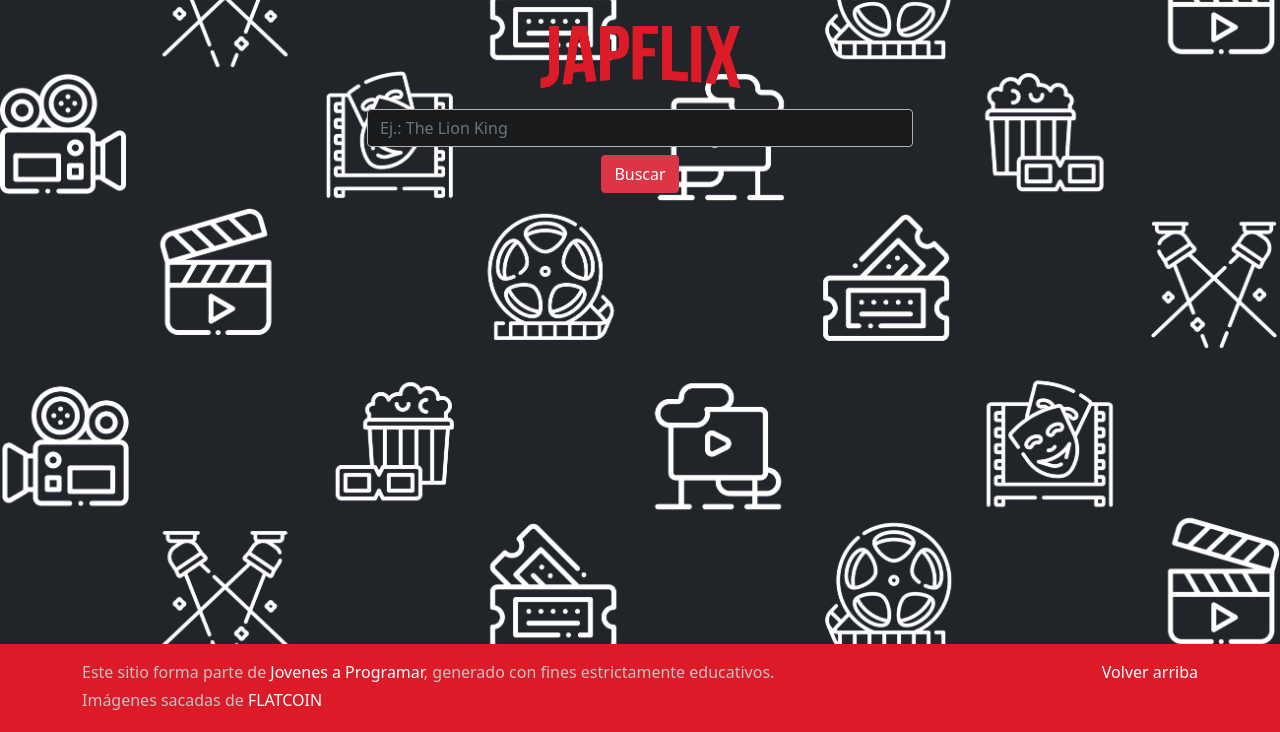
Repository: romancegirl/japflix
Page: index.html
An editor plug-in stored every save of this project. The page is shown before and after the next save, followed by the edit.
The browser window is 1280 px wide. The pictures show the whole page.
The page's requests for data from a server got no answer.

Above is the page before, as saved 2024-11-18 18:51:07.

### index.html
<!doctype html>
<html lang="es">

<head>
  <meta charset="utf-8">
  <meta name="viewport" content="width=device-width, initial-scale=1">
  <title>Japflix</title>

  <link href="css/bootstrap.min.css" rel="stylesheet">
  <link rel="stylesheet" href="https://cdnjs.cloudflare.com/ajax/libs/font-awesome/4.7.0/css/font-awesome.min.css">
  <link rel="stylesheet" href="css/style.css">

</head>

<body class="bg-dark d-flex flex-column min-vh-100">

  <main class="flex-grow-1">
    <div class="text-center container">
      <div class="row py-lg-3">
        <div class="col-lg-6 col-md-8 mx-auto">
          <h1 class="fw-light"><img src="img/japflix.png" alt="japflix"></h1>
          <input type="search" class="form-control" name="buscar" id="inputBuscar" placeholder="Ej.: The Lion King">
          <button class="btn btn-danger m-2" id="btnBuscar">Buscar</button>
        </div>
      </div>
    </div>
    <div class="album">
      <ul class="list-group container" id="lista">
      </ul>
    </div>
  </main>

  <footer class="text-muted py-3">
    <div class="container">
      <p class="float-end mb-1">
        <a href="#">Volver arriba</a>
      </p>
      <p class="mb-1">Este sitio forma parte de <a href="https://jovenesaprogramar.edu.uy/" target="_blank">
        Jovenes a Programar</a>, generado con fines estrictamente educativos.</p>
        <p class="mb-1">Imágenes sacadas de <a href="https://www.flaticon.com/free-icon/" target="_blank">FLATCOIN</a></p>
    </div>
  </footer>

  <div class="offcanvas offcanvas-top text-bg-dark" id="movieDetails" tabindex="-1" aria-labelledby="movieDetailsLabel">
    <div class="offcanvas-header bg-dark text-bg-dark">
      <h4 id="movieTitle"></h4>
      <button type="button" class="btn-close btn-close-white" data-bs-dismiss="offcanvas" aria-label="Close"></button>
    </div>
    <div class="offcanvas-body bg-dark text-bg-dark">
      <p id="movieOverview"></p>
      <p><strong>Géneros:</strong> <span id="movieGenres"></span></p>
      <button class="btn btn-danger dropdown-toggle" data-bs-toggle="dropdown" aria-expanded="false" id="btnInfo">Más información</button>
      <ul class="dropdown-menu bg-dark text-bg-dark">
        <li><strong>Año de lanzamiento:</strong> <span id="movieYear"></span></li>
        <hr>
        <li><strong>Duración:</strong> <span id="movieDuration"></span> min</li>
        <hr>
        <li><strong>Presupuesto:</strong> $<span id="movieBudget"></span></li>
        <hr>
        <li><strong>Ganancias:</strong> $<span id="movieRevenue"></span></li>
      </ul>
    </div>
  </div>

  <script src="js/bootstrap.bundle.min.js"></script>
  <script src="js/script.js"></script>
</body>


</html>

### css/style.css
body {
    background-color: #1C1E1F;
    color: #B2B1B0;
    background-image: url('../img/background.png');
    background-size: contain;
    background-position: center;
}

input[type="search"] {
    background-color: #181A1B;
    border: 1px solid #B2B1B0;
    color: #B2B1B0;
}

input[type="search"]:focus {
    box-shadow: 0 0 10px #96242F;
    background-color: #181A1B;
    border: 1px solid #96242F;
    color: #B2B1B0;
}

.image-wrapper {
    background-color: #1c1e1f9f;
    display: inline-block;
}

.image-wrapper img {
    display: block;
}


.offcanvas-body {
    background-color: #1C1E1F;
    color: #B2B1B0;
}

.img-card-fit {
    object-fit: cover;
    width: 100%;
    height: auto;
}

.img-cont {
    height: 200px;
    overflow: hidden;
    background-color: beige;
}

.card-content {
    height: 150px;
    overflow: auto;
}

main {
    min-height: calc(100vh - 100px);
}

.checked {
    color: orange;
}

.offcanvas-top {
    height: fit-content;
}

.list-group-item .d-flex {
    gap: 10px;
}

@media (max-width: 768px) {
    .list-group-item .d-flex {
        flex-direction: column;
        align-items: flex-start;
    }

    .list-group-item .d-flex p,
    .list-group-item .d-flex div {
        align-self: flex-start;
        width: 100%;
        margin: 0;
    }

    .list-group-item .d-flex div {
        margin-top: 8px;
    }
}

#movieGenres {
    font-style: italic;
}

.dropdown-menu {
    padding: 1rem 2rem;
    color: #B2B1B0;

}

footer {
    background-color: #DC1A28;
    bottom: 0;
    width: 100%;
    margin-top: 1.5rem;
}

footer p {
    color: #c3c2c2
}

footer a {
    color: #ffffff;
    text-decoration: none;
}

footer a:hover {
    color: #9b9a9b;
    transform: scale(1.05);
    transition: color 0.3s, text-shadow 0.3s;
}


.no-results-message {
    border: 5px dashed red;
    padding: 20px;
    margin: 2rem auto;
    width: fit-content;
    display: flex;
    justify-content: center;
    align-items: center;
}

.double {
    border: 10px double #d71a2d;
}

#movieTitle {
    border: 10px double #d71a2d;
    padding: 10px;
    margin-bottom: 0;
}


#lista>.list-group-item.double:hover {
    background-color: #393939 !important;
    /* Un color más claro */
    transition: background-color 0.5s ease, box-shadow 0.5s ease;
    box-shadow: 0 4px 8px rgba(0, 0, 0, 0.3);
    /* Sombra */
    cursor: pointer;
}

### js/script.js
document.addEventListener("DOMContentLoaded", () => {
    fetchMovies();
});

let moviesData = [];

async function fetchMovies() {
    try {
        const response = await fetch("https://japceibal.github.io/japflix_api/movies-data.json");
        moviesData = await response.json();
    } catch (error) {
        console.error("Error al obtener datos de la API:", error);
    }
}


document.getElementById("btnBuscar").addEventListener("click", () => searchMovies());

document.getElementById("inputBuscar").addEventListener("keydown", (event) => {
    if (event.key === "Enter") {
        event.preventDefault();
        searchMovies();
    }
});


function searchMovies() {
    const searchTerm = document.getElementById("inputBuscar").value.toLowerCase();
    if (searchTerm) {
        const results = moviesData.filter(movie =>
            movie.title.toLowerCase().includes(searchTerm) ||
            movie.genres.some(genre => genre.name.toLowerCase().includes(searchTerm)) ||
            (movie.tagline && movie.tagline.toLowerCase().includes(searchTerm)) ||
            (movie.overview && movie.overview.toLowerCase().includes(searchTerm))
        );
        displayMovies(results);
    }
}


function displayMovies(movies) {
    const lista = document.getElementById("lista");
    lista.innerHTML = "";

    if (movies.length === 0) {
        const noResultsMessage = document.createElement("li");
        noResultsMessage.className = "list-group-item bg-dark text-white text-center no-results-message";
        noResultsMessage.innerHTML = `
            <h3><strong>¡Ups! No hemos encontrado ninguna película. ¡Vuelve a intentarlo!</strong></h3>
        `;
        lista.appendChild(noResultsMessage);
    } else {
        movies.forEach(movie => {
            const listItem = document.createElement("li");
            listItem.className = "list-group-item bg-dark text-white double";
            listItem.innerHTML = `
                <h5>${movie.title}</h5>
                <div class="d-flex justify-content-between align-items-center">
                    <p><i>${movie.tagline}</i></p>
                    <div>${renderStars(movie.vote_average)}</div>
                </div>
            `;
            listItem.addEventListener("click", () => showMovieDetails(movie));
            lista.appendChild(listItem);
        });
    }
}



function renderStars(vote) {
    let stars = "";
    for (let i = 1; i <= 5; i++) {
        stars += `<span class="fa fa-star ${i <= vote / 2 ? "checked" : ""}"></span>`;
    }
    return stars;
}


function showMovieDetails(movie) {
    document.getElementById("movieTitle").textContent = movie.title;
    document.getElementById("movieOverview").textContent = movie.overview;
    document.getElementById("movieGenres").textContent = movie.genres.map(genre => genre.name).join(", ");
    document.getElementById("movieYear").textContent = new Date(movie.release_date).getFullYear();
    document.getElementById("movieDuration").textContent = movie.runtime;
    document.getElementById("movieBudget").textContent = movie.budget.toLocaleString();
    document.getElementById("movieRevenue").textContent = movie.revenue.toLocaleString();

    const offcanvas = new bootstrap.Offcanvas(document.getElementById("movieDetails"));
    offcanvas.show();
}

Loaded but not shown: css/bootstrap.min.css (library); js/bootstrap.bundle.min.js (library)

After the next save:
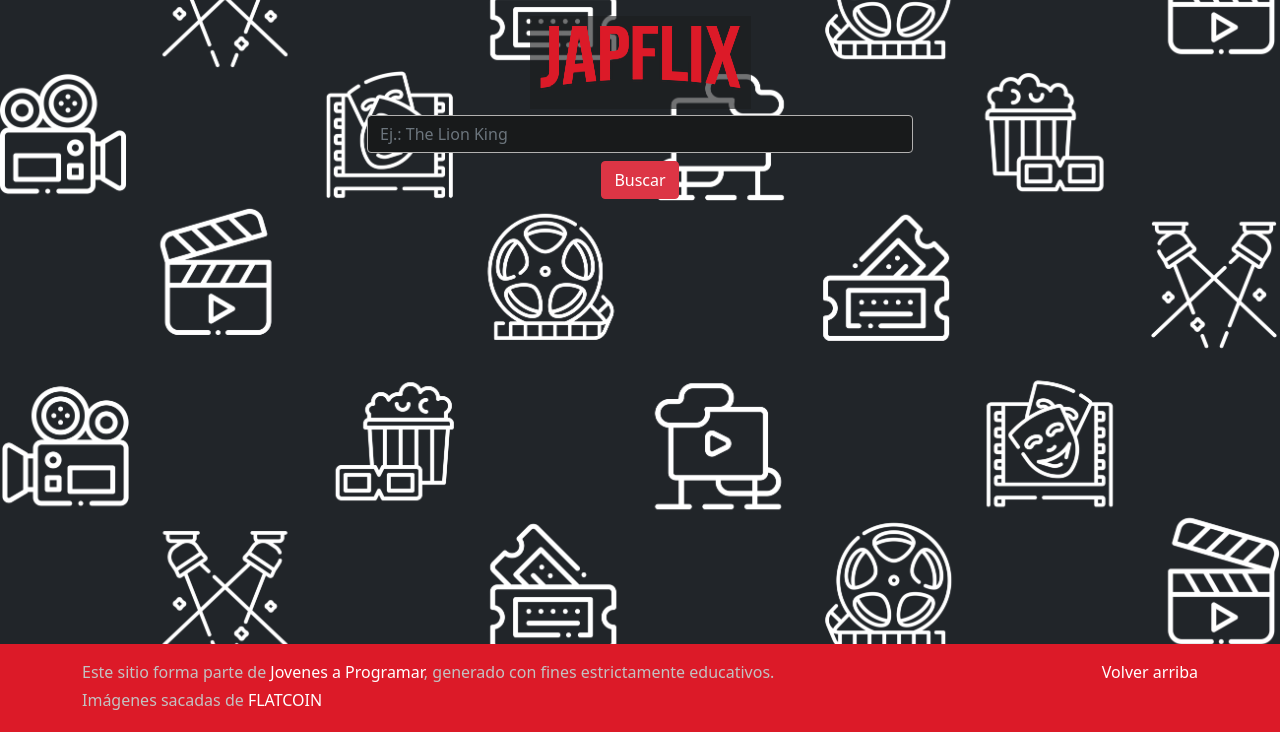
Saved 20 s later.
--- a/index.html
+++ b/index.html
@@ -18,7 +18,9 @@
     <div class="text-center container">
       <div class="row py-lg-3">
         <div class="col-lg-6 col-md-8 mx-auto">
-          <h1 class="fw-light"><img src="img/japflix.png" alt="japflix"></h1>
+          <div class="image-wrapper">
+            <h1 class="fw-light"><img src="img/japflix.png" alt="japflix"></h1>
+          </div>
           <input type="search" class="form-control" name="buscar" id="inputBuscar" placeholder="Ej.: The Lion King">
           <button class="btn btn-danger m-2" id="btnBuscar">Buscar</button>
         </div>
@@ -36,8 +38,8 @@
         <a href="#">Volver arriba</a>
       </p>
       <p class="mb-1">Este sitio forma parte de <a href="https://jovenesaprogramar.edu.uy/" target="_blank">
-        Jovenes a Programar</a>, generado con fines estrictamente educativos.</p>
-        <p class="mb-1">Imágenes sacadas de <a href="https://www.flaticon.com/free-icon/" target="_blank">FLATCOIN</a></p>
+          Jovenes a Programar</a>, generado con fines estrictamente educativos.</p>
+      <p class="mb-1">Imágenes sacadas de <a href="https://www.flaticon.com/free-icon/" target="_blank">FLATCOIN</a></p>
     </div>
   </footer>
 
@@ -49,7 +51,8 @@
     <div class="offcanvas-body bg-dark text-bg-dark">
       <p id="movieOverview"></p>
       <p><strong>Géneros:</strong> <span id="movieGenres"></span></p>
-      <button class="btn btn-danger dropdown-toggle" data-bs-toggle="dropdown" aria-expanded="false" id="btnInfo">Más información</button>
+      <button class="btn btn-danger dropdown-toggle" data-bs-toggle="dropdown" aria-expanded="false" id="btnInfo">Más
+        información</button>
       <ul class="dropdown-menu bg-dark text-bg-dark">
         <li><strong>Año de lanzamiento:</strong> <span id="movieYear"></span></li>
         <hr>
